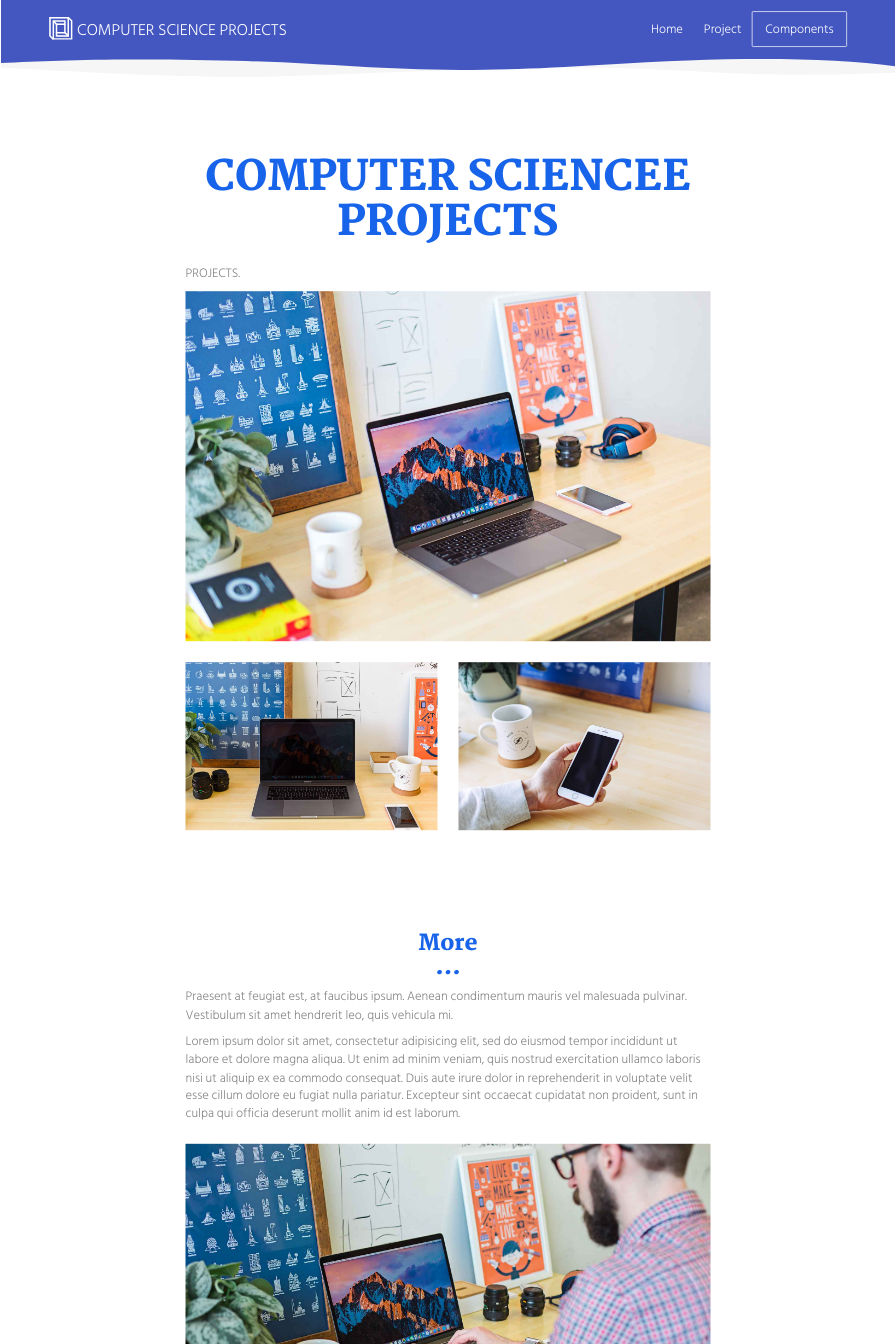
Repository: KevinBach02/KevinBach02.github.io
Page: project.html
The author's editor kept a record of every edit. The page is drawn from the files as they stood at one moment, then again after the next edit.
The browser window is 1280 px wide. The pictures show the part of the page from y = 0 to 1920 px (the page is 2741 px tall before and 2740 px after), at 70% of full size.

Above is the page before.

After the next edit:
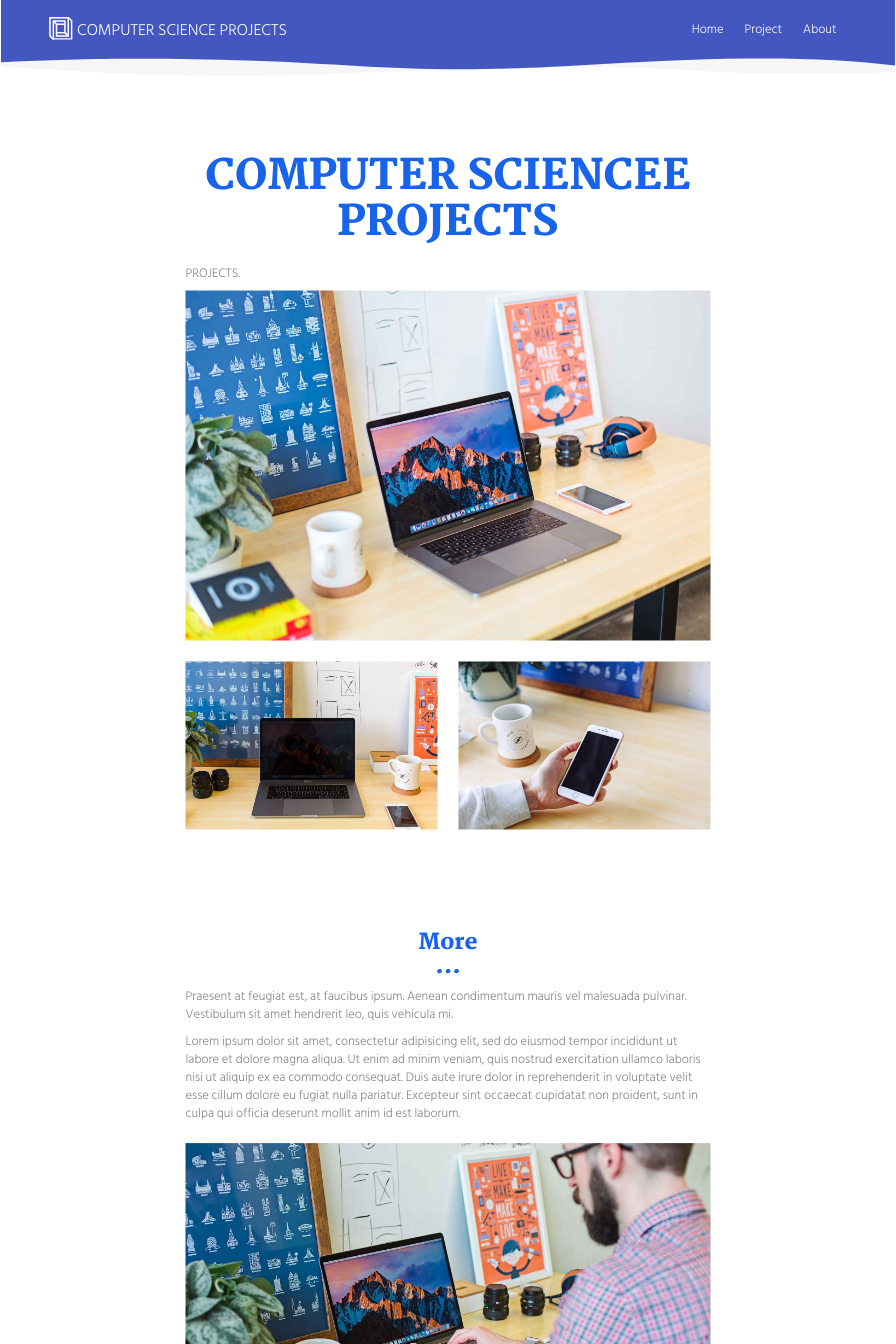
The edit:
--- a/project.html
+++ b/project.html
@@ -44,12 +44,7 @@
         <ul class="nav navbar-nav navbar-right">
           <li><a href="./index.html" title="">Home</a></li>
           <li><a href="./project.html" title="">Project</a></li>
-          <li>
-            <p>
-              <a href="./components.html" class="btn btn-default navbar-btn" title="">Components</a>
-            </p>
-          </li>
-
+          <li><a href="./about.html" title="">About</a></li>
         </ul>
       </div>
     </div>
